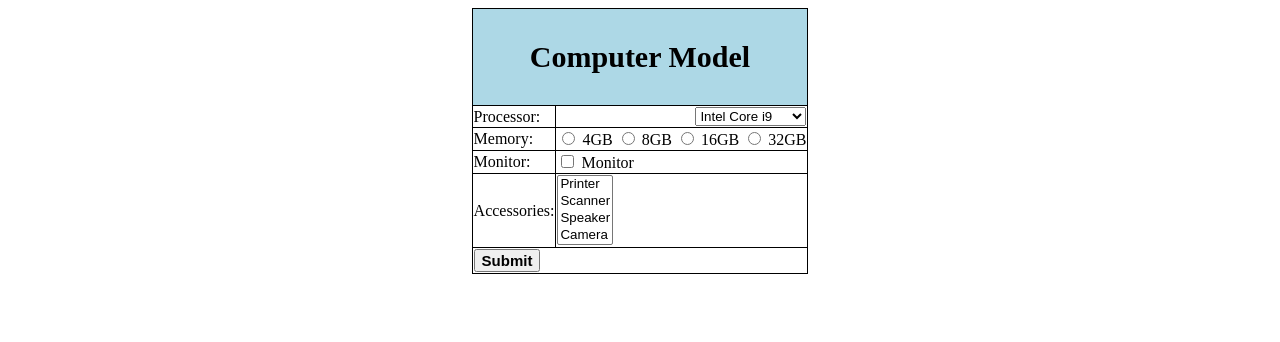
Repository: FatCat0712/JSP
Page: http://localhost/bai_20/computer.jsp
The author's editor kept a copy of each file at every save. The page is drawn from the files as they stood at one save, then again after the next save.
The browser window is 1280 px wide. The pictures show the whole page.
The page is served by Tomcat 9.

Above is the page before, as saved 2024-04-22 12:28:34.

After the next save:
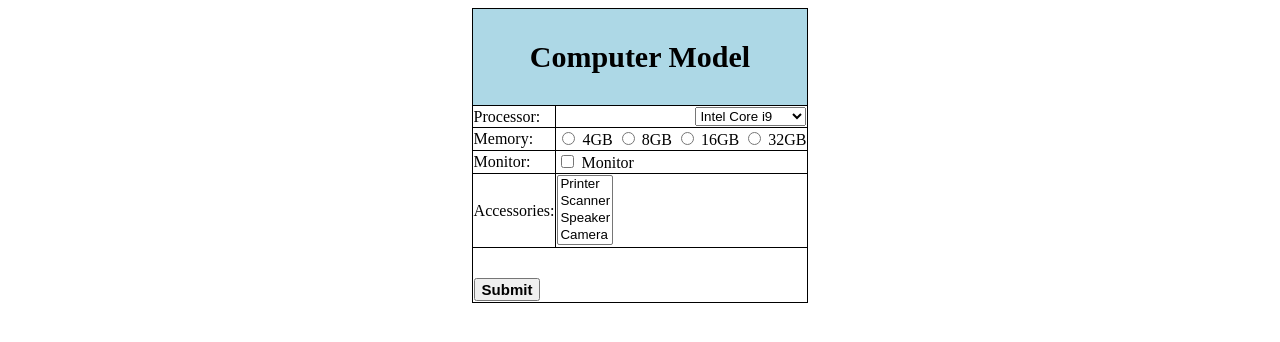
Saved 16 s later.
--- a/bai_20/src/main/webapp/computer.jsp
+++ b/bai_20/src/main/webapp/computer.jsp
@@ -78,7 +78,7 @@
 			</tr>
 
 			<tr >
-				<td colspan="2" style="margin-top: 40px">
+				<td colspan="2" style="padding-top: 30px">
 					<input type="submit" value="Submit" style="font-weight: bold; font-size: 15px"/>
 				</td>
 
